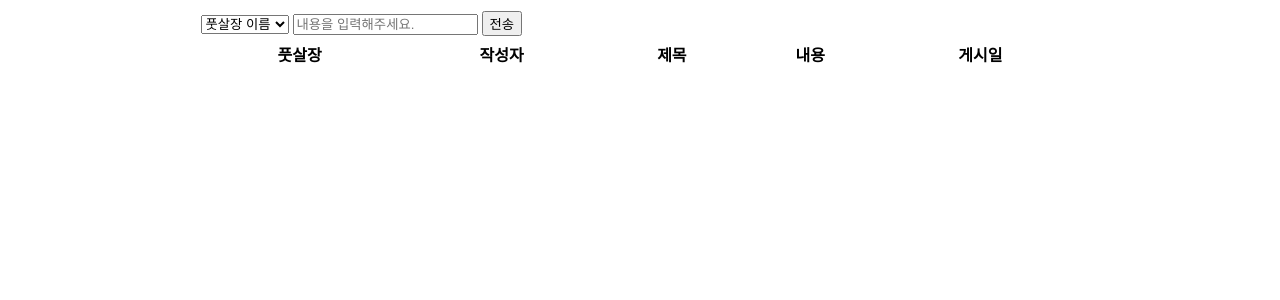
Repository: nove1080/database-proj
Page: http://localhost/ReservationSystem/inc/reviewList.jsp
The author's editor kept a copy of each file at every save. The page is drawn from the files as they stood at one save, then again after the next save.
The browser window is 1280 px wide. The pictures show the whole page.
The page is served by Tomcat 9. Queries for data that is not in the repository find no rows.

Above is the page before, as saved 2023-06-24 05:58:53.

After the next save:
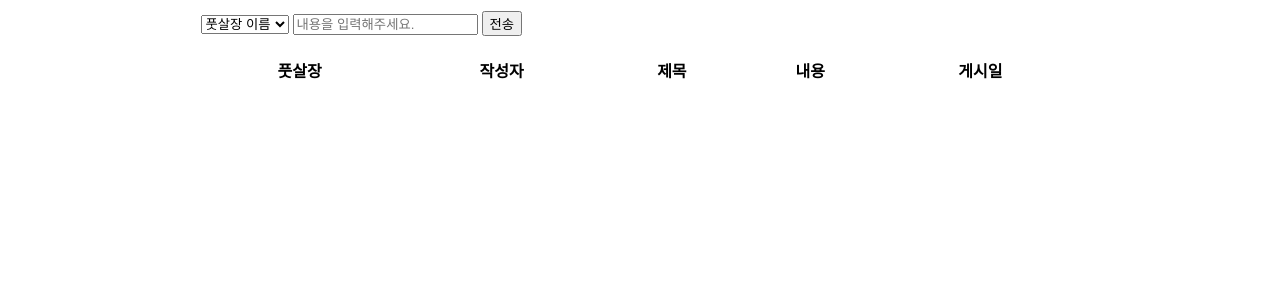
Saved 10 s later.
--- a/ReservationSystem/src/main/webapp/inc/reviewList.jsp
+++ b/ReservationSystem/src/main/webapp/inc/reviewList.jsp
@@ -21,13 +21,6 @@ List<ReviewDTO> list = dao.getReviewList(map);
 
 dao.close();
 %>
-<!DOCTYPE html>
-<html>
-<head>
-<meta charset="UTF-8">
-</head>
-<body>
-
 	<div id="wrap">
 		<table align="center" width="70%">
 			<tr>
@@ -69,6 +62,3 @@ dao.close();
 			</c:forEach>
 		</table>
 	</div>
-
-</body>
-</html>
